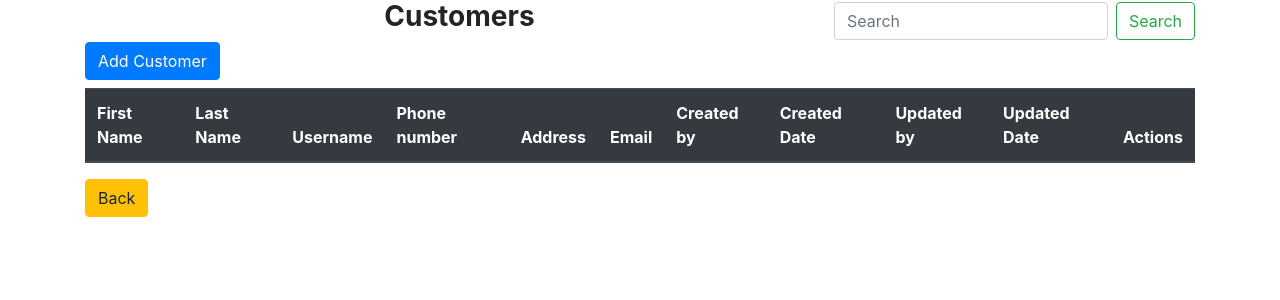
Repository: messimacky/Movie-Rental-System-Front-End
Page: /customers
These files come from the project's save history. The page is drawn as it stood at one moment and after the next save; the edit follows.
The browser window is 1280 px wide. The pictures show the whole page.
The page's requests for data from a server got no answer. The project was rebuilt for these pictures with package versions that can differ from the ones it lists, and the page was loaded fresh each time. No one was signed in, and anything a server would have sent is missing. Also part of the build but not shown: src/services/movie.service.js, src/components/AddMovie.js, src/components/MoviesList.js, src/components/NotFound.js, src/components/login/Login.js, src/components/AddCustomer.js, src/services/rental.service.js, src/components/RentalsList.js and 5 more.

Above is the page before, as saved 2022-05-06 20:10:11.

### src/index.js
import { Auth0Provider } from '@auth0/auth0-react';
import React from 'react';
import ReactDOM from 'react-dom';
import App from './App';
const domain = process.env.REACT_APP_AUTH0_DOMAIN;
const clientId = process.env.REACT_APP_AUTH0_CLIENT_ID;

ReactDOM.render(
  <Auth0Provider
    domain={domain}
    clientId={clientId}
    redirectUri={window.location.origin}
  >
    <App />
  </Auth0Provider>,
  document.getElementById('root')
);

### src/App.js
import { BrowserRouter as Router, Switch, Route } from 'react-router-dom';
import AddMovie from './components/AddMovie';
import MoviesList from "./components/MoviesList";
import NotFound from "./components/NotFound";
import Login from './components/login/Login';
import AddCustomer from './components/AddCustomer'
import CustomersList from './components/CustomerList';
import RentalsList from './components/RentalsList';
import AddRental from './components/AddRental';
import FirstPage from './components/FirstPage';
import Signup from './components/signup/Signup';
import Home from './components/Home';
// import LoginButton from './components/LoginButton';
function App() {
  return (
    <Router>
      <div>
        <Switch>

          <Route exact path="/" component={FirstPage} />

          <Route path="/home" component={Home} />


          <Route exact path="/movies" component={MoviesList} />
          <Route path="/add-movie" component={AddMovie} />
          <Route path="/movies/edit/:id" component={AddMovie} />




          <Route exact path="/customers" component={CustomersList} />
          <Route path="/add-customer" component={AddCustomer} />
          <Route path="/customers/edit/:id" component={AddCustomer} />



          <Route path="/login" component={Login} />
          <Route path="/signup" component={Signup} />



          <Route exact path="/rentals" component={RentalsList} />
          <Route path="/add-rental" component={AddRental} />
          <Route path="/rentals/edit/:id" component={AddRental} />
          <Route path="*" component={NotFound} />
        </Switch>
      </div>
    </Router>
  )
}

export default App;

### src/components/CustomerList.js
import { useEffect, useState } from "react";
import 'bootstrap/dist/css/bootstrap.min.css';
import customerService from "../services/customer.service";
import { Link } from "react-router-dom";

const CustomersList = () => {
    const [customers, setCustomers] = useState([]);


    useEffect(() => {
        init();

    }, [])

    const init = () => {
        customerService.getAll()
            .then(response => {
                console.log(response.data);
                setCustomers(response.data);

            })
            .catch(error => {
                console.log("Something went wrong", error);
            })
    }

    const handleDelete = id => {
        customerService.remove(id)
            .then(response => {
                console.log("Customer deleted succesfully", response.data);
                init();

            })
            .catch(error => {
                console.log("Something went wrong", error);
            })
    }


    return (
        <div className="container">
            <form className="form-inline my-4 my-lg-0">
                <h3 className="mx-auto"> <b>Customers</b>  </h3>
                <input className="form-control mr-sm-2 ml-20" type="search" placeholder="Search" aria-label="Search" />
                <button className="btn btn-outline-success my-2 my-sm-0" type="submit">Search</button>

            </form>


            <div>
                <Link to="/add-customer" className="btn btn-primary mb-2">Add Customer</Link>




                <table className="table table-border table-sriped">
                    <thead className="thead-dark">
                        <tr>
                            <th>First Name</th>
                            <th>Last Name</th>
                            <th>Username</th>
                            <th>Phone number</th>
                            <th>Address</th>
                            <th>Email</th>
                            <th>Created by</th>
                            <th>Created Date</th>
                            <th>Updated by</th>
                            <th>Updated Date</th>

                            <th>Actions</th>




                        </tr>
                    </thead>
                    <tbody>
                        {
                            customers.map(customer => (
                                <tr key={customer.id} >
                                    <td>{customer.firstName}</td>
                                    <td>{customer.lastName}</td>
                                    <td>{customer.username}</td>
                                    <td>{customer.phone}</td>
                                    <td>{customer.address}</td>
                                    <td>{customer.email}</td>
                                    <td>{customer.createdBy}</td>
                                    <td>{customer.creationDate}</td>
                                    <td>{customer.lastUpdatedBy}</td>
                                    <td>{customer.lastUpdatedDate}</td>





                                    <td>
                                        <Link className="btn btn-info" to={`/customers/edit/${customer.id}`}> Update</Link>
                                        <button className="btn btn-danger ml-2" onClick={(e) => {
                                            handleDelete(customer.id);
                                        }}>Delete</button>
                                    </td>

                                </tr>
                            ))
                        }
                    </tbody>
                </table>
            </div>
            <Link className="btn btn-warning" to="/home">Back</Link>
        </div>
    );
}

export default CustomersList;

### src/components/login/Login.css
body {
    margin: 0;
    padding: 0;
    /* font-family: sans-serif; */
    background-size: cover;
    background-repeat: no-repeat;
}



.form {
    position: absolute;
    top: 50%;
    left: 50%;
    border: none;
    transform: translate(-50%, -50%);
    width: 400px;
    min-height: 450px;
    background-color: #fff;
    box-shadow: 0 15px 50px rgba(0, 0, 0, 0.5);
    padding: 50px;
    box-sizing: border-box;

    /* background: url(data:[embedded picture, 5679 characters]); */
    /* background: url(https://picsum.photos/3000/2000/?image=1015); */



}

.form h2 {
    margin-left: 60px;
    margin-top: 40px;
    color: white;
    /* margin: 30 0 40px; */
    padding: 0;
    color: black;
}

.form .input-box {
    position: relative;
    margin: 5px 0;
}

.form .input-box input {
    width: 100%;
    font-size: px;
    border: none;
    border-bottom: 2px solid #777;
    outline: none;
    padding: 10px;
    padding-left: 30px;
    box-sizing: border-box;
    font-weight: bold;
    color: #777;
}

.form .input-box input:focus,
.form .input-box input:valid {
    border-bottom-color: #03a9f4;
}

.form .input-box .fa {
    position: absolute;
    top: 8px;
    left: 5px;
    font-size: 18px;
    color: #777;
}

.form .input-box input[type="submit"] {
    border: none;
    cursor: pointer;
    background-color: #03a9f4;
    color: #fff;
    font-weight: bold;
    transition: 0.5s;
}

.form .input-box input[type="submit"]:hover {
    background-color: #ff4987;

}

.form a {
    text-decoration: none;
    color: black;

    margin-top: 4px;
    margin-left: 170px;
    /* font-weight: bold; */
    display: inline-block;
    transition: 0.5s;
}


.submit {
    margin-top: 30px;
    margin-left: 30px;


}

.form a {
    margin-top: 20px;
    margin-left: 50px;
    color: black;
    color: blue;
}

.form button {
    margin-top: 10px;
    margin-left: 50px;
    color: black;
    outline: invert;

}

.form button :hover {

    color: blue;
}

### src/services/customer.service.js
import httpClient from '../http-common';

const getAll = () => {
    return httpClient.get('/customers');
}

const create = (data) => {
    return httpClient.post("/customers", data);
}

const get = id => {
    return httpClient.get(`/customers/${id}`);
}

const update = (data) => {
    return httpClient.put('/customers', data);
}

const remove = id => {
    return httpClient.delete(`/customers/${id}`);
}

export default { getAll, create, get, update, remove };

### src/components/AddCustomer.css
body {
    margin: 0;
    padding: 0;
    /* font-family: sans-serif; */
    background-size: cover;
    background-repeat: no-repeat;
}



.form {
    position: absolute;
    top: 50%;
    left: 50%;
    border: none;
    transform: translate(-50%, -50%);
    width: 400px;
    min-height: 450px;
    background-color: #fff;
    box-shadow: 0 15px 50px rgba(0, 0, 0, 0.5);
    padding: 50px;
    box-sizing: border-box;

    /* background: url(data:[embedded picture, 5679 characters]); */
    /* background: url(https://picsum.photos/3000/2000/?image=1015); */



}

.form h2 {
    margin-left: 60px;
    margin-top: 40px;
    color: white;
    /* margin: 30 0 40px; */
    padding: 0;
    color: black;
}

.form .input-box {
    position: relative;
    margin: 5px 0;
}

.form .input-box input {
    width: 100%;
    font-size: px;
    border: none;
    border-bottom: 2px solid #777;
    outline: none;
    padding: 10px;
    padding-left: 30px;
    box-sizing: border-box;
    font-weight: bold;
    color: #777;
}

.form .input-box input:focus,
.form .input-box input:valid {
    border-bottom-color: #03a9f4;
}

.form .input-box .fa {
    position: absolute;
    top: 8px;
    left: 5px;
    font-size: 18px;
    color: #777;
}

.form .input-box input[type="submit"] {
    border: none;
    cursor: pointer;
    background-color: #03a9f4;
    color: #fff;
    font-weight: bold;
    transition: 0.5s;
}

.form .input-box input[type="submit"]:hover {
    background-color: #ff4987;

}

.form a {
    text-decoration: none;
    color: black;

    margin-top: 4px;
    margin-left: 170px;
    /* font-weight: bold; */
    display: inline-block;
    transition: 0.5s;
}


.submit {
    margin-top: 30px;
    margin-left: 30px;


}

.form a {
    margin-top: 20px;
    margin-left: 50px;
    color: black;
    color: blue;
}

.form button {
    margin-top: 10px;
    margin-left: 50px;
    color: black;
    outline: invert;

}

.form button :hover {

    color: blue;
}

### src/components/signup/Signup.css
body {
    margin: 0;
    padding: 0;
    /* font-family: sans-serif; */
    background-size: cover;
    background-repeat: no-repeat;
}



.form {
    position: absolute;
    top: 50%;
    left: 50%;
    border: none;
    transform: translate(-50%, -50%);
    width: 400px;
    min-height: 450px;
    background-color: #fff;
    box-shadow: 0 15px 50px rgba(0, 0, 0, 0.5);
    padding: 50px;
    box-sizing: border-box;

    /* background: url(data:[embedded picture, 5679 characters]); */
    /* background: url(https://picsum.photos/3000/2000/?image=1015); */



}

.form h2 {
    margin-left: 60px;
    margin-top: 40px;
    color: white;
    /* margin: 30 0 40px; */
    padding: 0;
    color: black;
}

.form .input-box {
    position: relative;
    margin: 5px 0;
}

.form .input-box input {
    width: 100%;
    font-size: px;
    border: none;
    border-bottom: 2px solid #777;
    outline: none;
    padding: 10px;
    padding-left: 30px;
    box-sizing: border-box;
    font-weight: bold;
    color: #777;
}

.form .input-box input:focus,
.form .input-box input:valid {
    border-bottom-color: #03a9f4;
}

.form .input-box .fa {
    position: absolute;
    top: 8px;
    left: 5px;
    font-size: 18px;
    color: #777;
}

.form .input-box input[type="submit"] {
    border: none;
    cursor: pointer;
    background-color: #03a9f4;
    color: #fff;
    font-weight: bold;
    transition: 0.5s;
}

.form .input-box input[type="submit"]:hover {
    background-color: #ff4987;

}

.form a {
    text-decoration: none;
    color: black;

    margin-top: 4px;
    margin-left: 170px;
    /* font-weight: bold; */
    display: inline-block;
    transition: 0.5s;
}


.submit {
    margin-top: 30px;
    margin-left: 30px;


}

.form a {
    margin-top: 20px;
    margin-left: 50px;
    color: black;
    color: blue;
}

.form button {
    margin-top: 10px;
    margin-left: 50px;
    color: black;
    outline: invert;

}

.form button :hover {

    color: blue;
}

### src/http-common.js
import axios from "axios";


export default axios.create({
    baseURL: 'http://localhost:8080',
    headers: {
        'Content_Type': 'application/json'
    }

});

Loaded but not shown: public/index.html (common file)

After the next save:
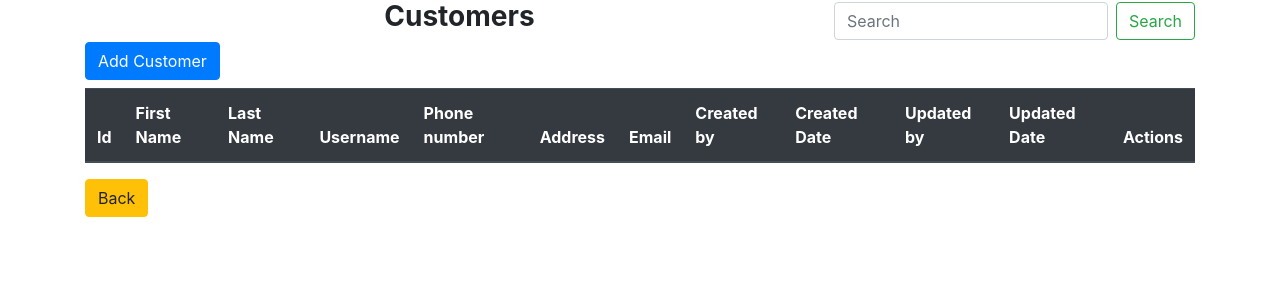
Saved 24 s later.
--- a/src/components/CustomerList.js
+++ b/src/components/CustomerList.js
@@ -56,6 +56,7 @@ const CustomersList = () => {
                 <table className="table table-border table-sriped">
                     <thead className="thead-dark">
                         <tr>
+                            <th>Id</th>
                             <th>First Name</th>
                             <th>Last Name</th>
                             <th>Username</th>
